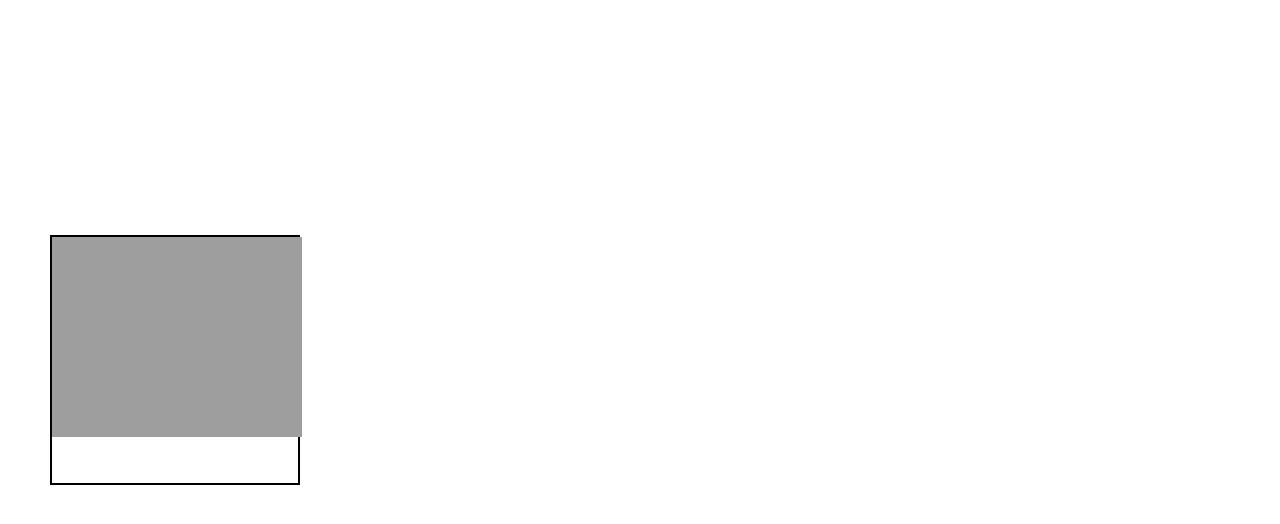
Repository: ahsankalim09/light-Agency
Page: services.html
An editor plug-in stored every save of this project. The page is shown before and after a run of saves, followed by the edit.
The browser window is 1280 px wide. The pictures show the whole page.
Pictures or frames that could not be fetched are drawn as grey boxes.

Above is the page before, as saved 2020-10-11 19:37:19.

### services.html
<html>
  <head>
    <title>Light Agency Market</title>
    <style>
      * {
        margin: 0px;
        padding: 0px;
        box-sizing: border-box;
      }
      section{
          /* background-color: #000000d9; */
      }
      .container-data {
          text-align: center;
          padding: 50px;
        overflow: hidden;
        width: 100%;
        height: 100vh;
        box-sizing: border-box;
        display: flex;
        justify-content: center;
        flex-direction: column;
        justify-content: center;
        flex-wrap:wrap;
      }

      a{
        display: block;
        width: 250px;
        height: 250px;
        border: 2px solid black;
      }
      /* img {
        width: 200px;
        height: 200px;
        cursor: pointer;
        border-radius: 50%;
        transition: all 2s;
        border: 2px solid transparent;
      } */

      .facebook{
        display: block;
        width: 250px;
        height: 200px;
        cursor: pointer;
        background-image: url('./assests/images/social-media/PUZZLE1.png');
        background-size: cover;
        background-position: center;
        /* border-radius: 50%; */
        transition: all 1.5s;

      }

      .facebook:hover{
        background-image: url('./assests/bg-services/PUZZLE1.png');
        width: 205px;
        height: 205px;
      }

      /* img:hover{
          border: 2px solid yellow;
          border-radius: 50%;
          transform: scaleX(1.5);
      } */
    </style>
  </head>
  <body>
      <section>
    <div class="container-data">
      <a href="#">
          <div class="facebook">

          </div>
      </a>

    <!-- <a href="facebook.html"><img  class="facebook"  src="./assests/images/social-media/PUZZLE1.png" /></a>
    <a href="linkdin.html"><img src="./assests/images/social-media/PUZZLE2.png" /></a>
        <a href="twitter.html"><img src="./assests/images/social-media/PUZZLE3.png" /></a>
            <a href="youtube.html"><img src="./assests/images/social-media/PUZZLE4.png" /></a>
                <a href="pinterest.html"><img src="./assests/images/social-media/PUZZLE5.png" /></a>
                    <a href="pinterest.html"><img src="./assests/images/social-media/PUZZLE6.png" /></a>
                        <a href="pinterest.html"><img src="./assests/images/social-media/PUZZLE7.png" /></a>
                            <a href="pinterest.html"><img src="./assests/images/social-media/PUZZLE8.png" /></a>
                                <a href="pinterest.html"><img src="./assests/images/social-media/PUZZLE9.png" /></a>
                                    <a href="pinterest.html"><img src="./assests/images/social-media/PUZZLE10.png" /></a> -->

        </section>



    </div>
  </body>
</html>

After the next 2 saves:
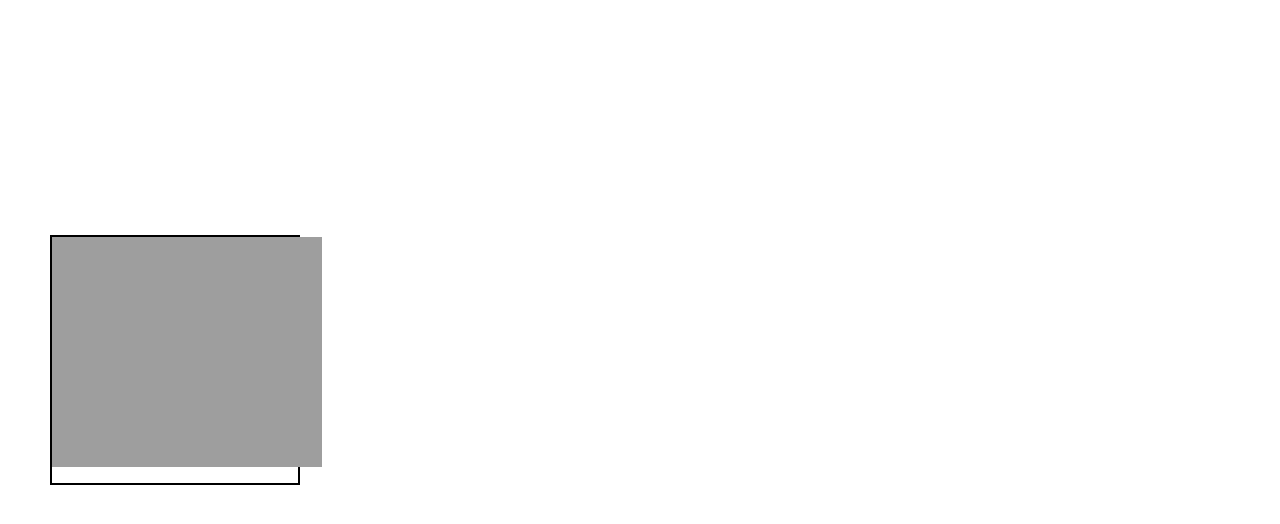
The 2 saves are shown as one change because they came seconds apart.
The last was saved 11 s later.
--- a/services.html
+++ b/services.html
@@ -41,8 +41,8 @@
 
       .facebook{
         display: block;
-        width: 250px;
-        height: 200px;
+        width: 270px;
+        height: 230px;
         cursor: pointer;
         background-image: url('./assests/images/social-media/PUZZLE1.png');
         background-size: cover;
